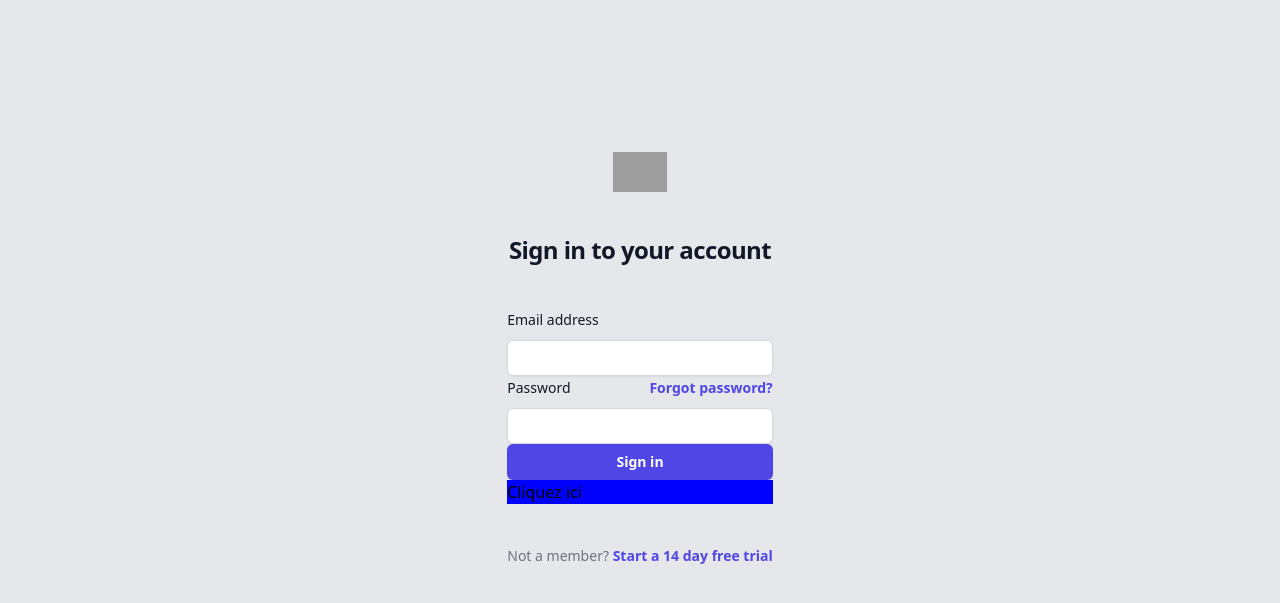
Repository: boschierob/interventio-app
Page: http://localhost/login
The author's editor kept a copy of each file at every save. The page is drawn from the files as they stood at one save, then again after the next save.
The browser window is 1280 px wide. The pictures show the whole page.
Pictures or frames that could not be fetched are drawn as grey boxes. The page is served by the project's Node server (server.js).

Above is the page before, as saved 2023-11-14 16:20:00.

After the next save:
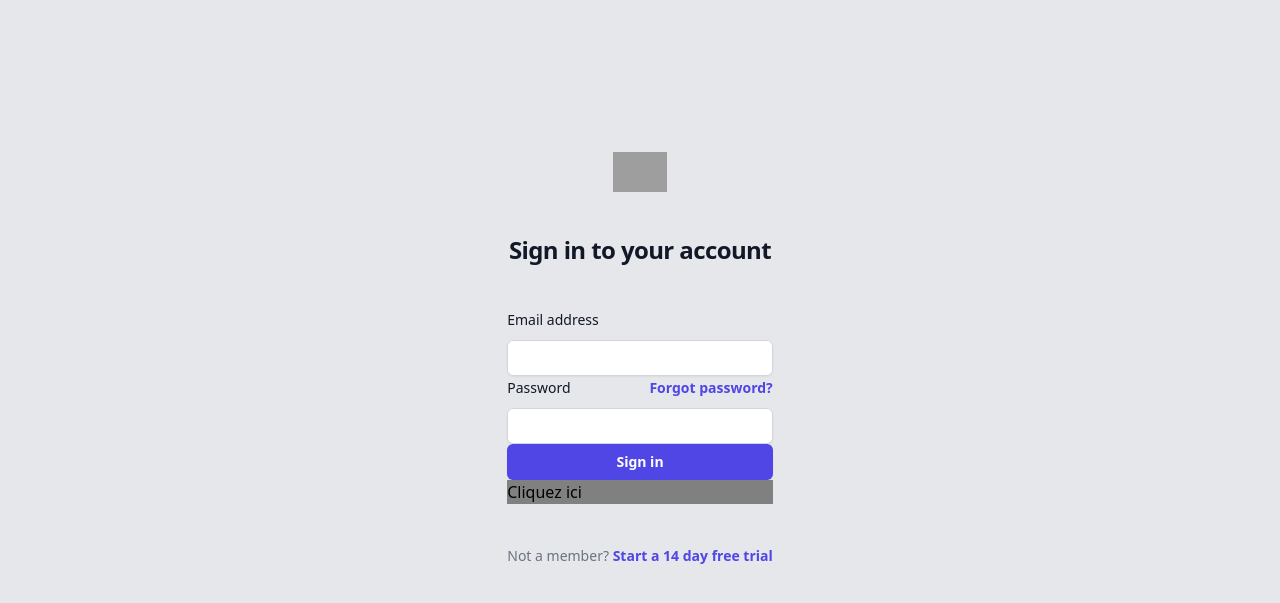
Saved 59 s later.
--- a/views/login.ejs
+++ b/views/login.ejs
@@ -15,7 +15,7 @@
 <body class="bg-gray-200 flex justify-center items-center h-screen">
 
    <!-- Définir une variable d'état -->
-   <% var color = color || 'blue'; %>
+   <% var color = color || 'grey'; %>
 
   <form action="/login" method="post" class="flex min-h-full flex-col justify-center px-6 py-12 lg:px-8">
     <div class="sm:mx-auto sm:w-full sm:max-w-sm">
